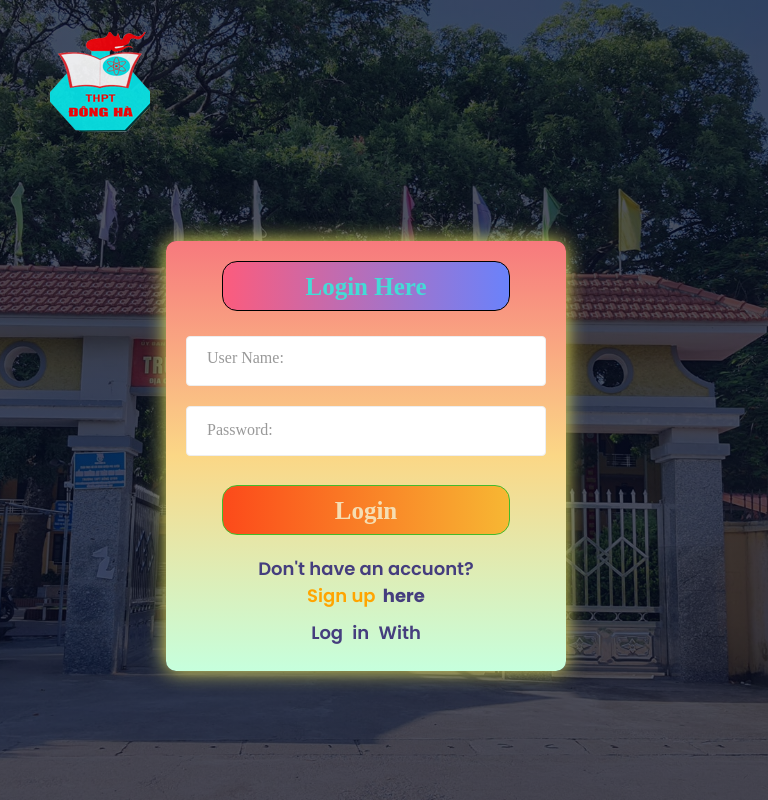
Repository: tung1233hhhhhhhhhhhhh/login-demo
Page: index.html
These files come from the project's save history. The page is drawn as it stood at one moment and after the next save; the edit follows.
The browser window is 768 px wide. The pictures show the whole page.
Some web fonts or font styles are not loaded; a fallback is used.

Above is the page before, as saved 2023-02-08 16:15:34.

After the next save:
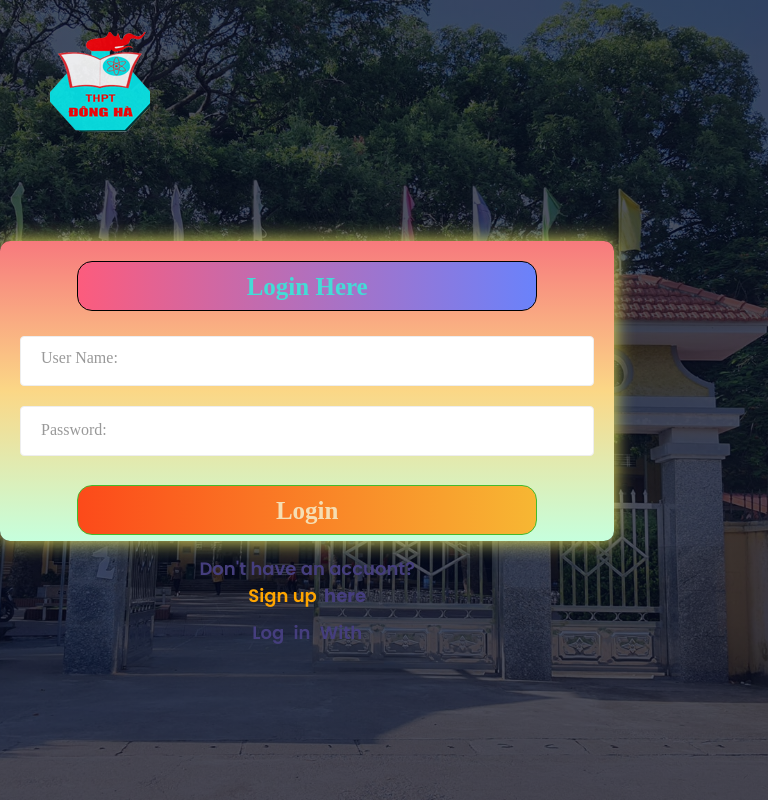
Saved 2 min 32 s later.
--- a/main.css
+++ b/main.css
@@ -191,3 +191,10 @@
     border: 1px solid #6a5af9;
     border-radius: 5px;
 }
+
+@media screen and (max-width: 1023.98px) {
+    .form-box {
+        width: 80%;
+        height: 300px;
+    }
+}

After the save that followed:
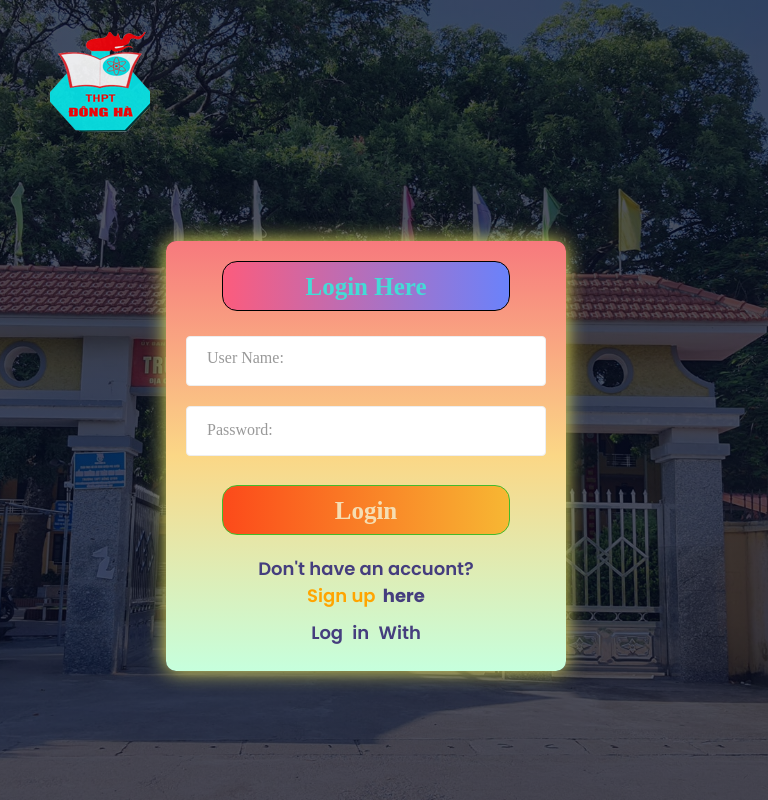
Saved 36 s later.
--- a/main.css
+++ b/main.css
@@ -193,8 +193,8 @@
 }
 
 @media screen and (max-width: 1023.98px) {
-    .form-box {
+    /* .form-box {
         width: 80%;
         height: 300px;
-    }
-}
+    } */
+}
